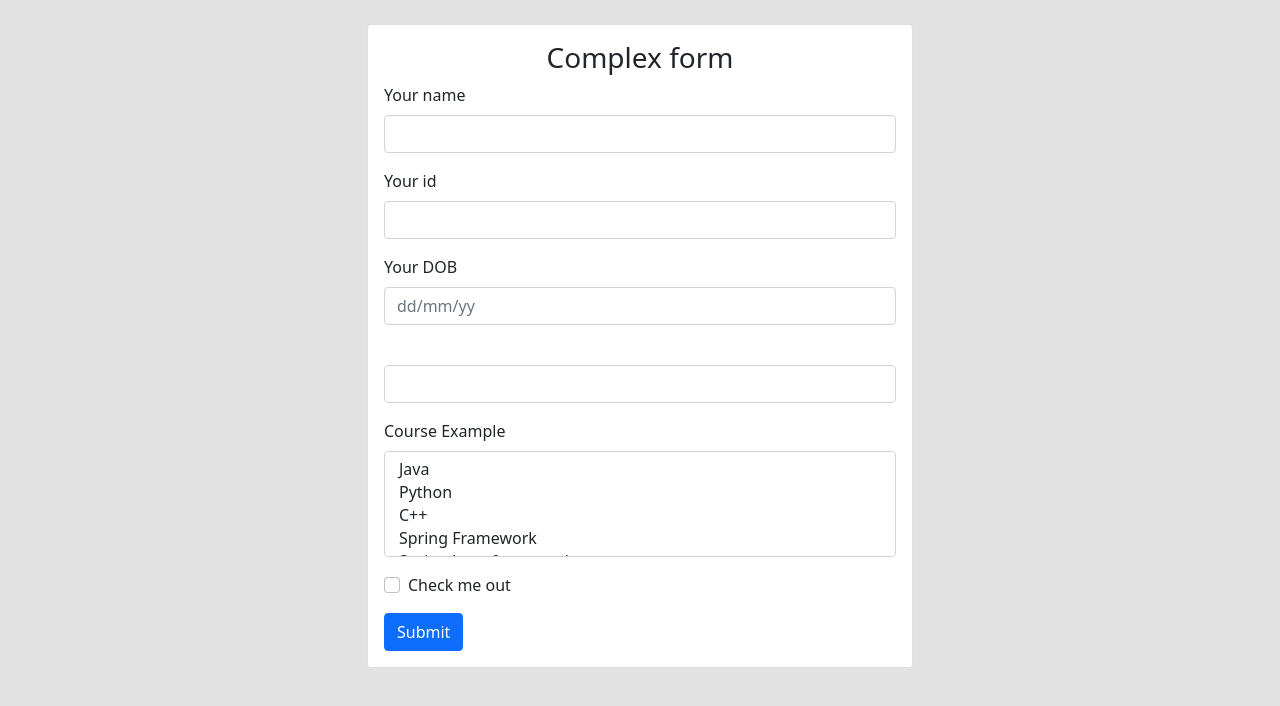
Repository: himanshurai26/Spring-Framewrok-code-
Page: http://localhost/SpringMvcSearch/WEB-INF/views/complex-form.jsp
The author's editor kept a copy of each file at every save. The page is drawn from the files as they stood at one save, then again after the next save.
The browser window is 1280 px wide. The pictures show the whole page.
The page is served by Tomcat 9. Nobody is signed in. The template is opened directly, without the code that normally fills it, so the values that code supplies are empty.

Above is the page before, as saved 2023-07-28 16:42:37.

After the next save:
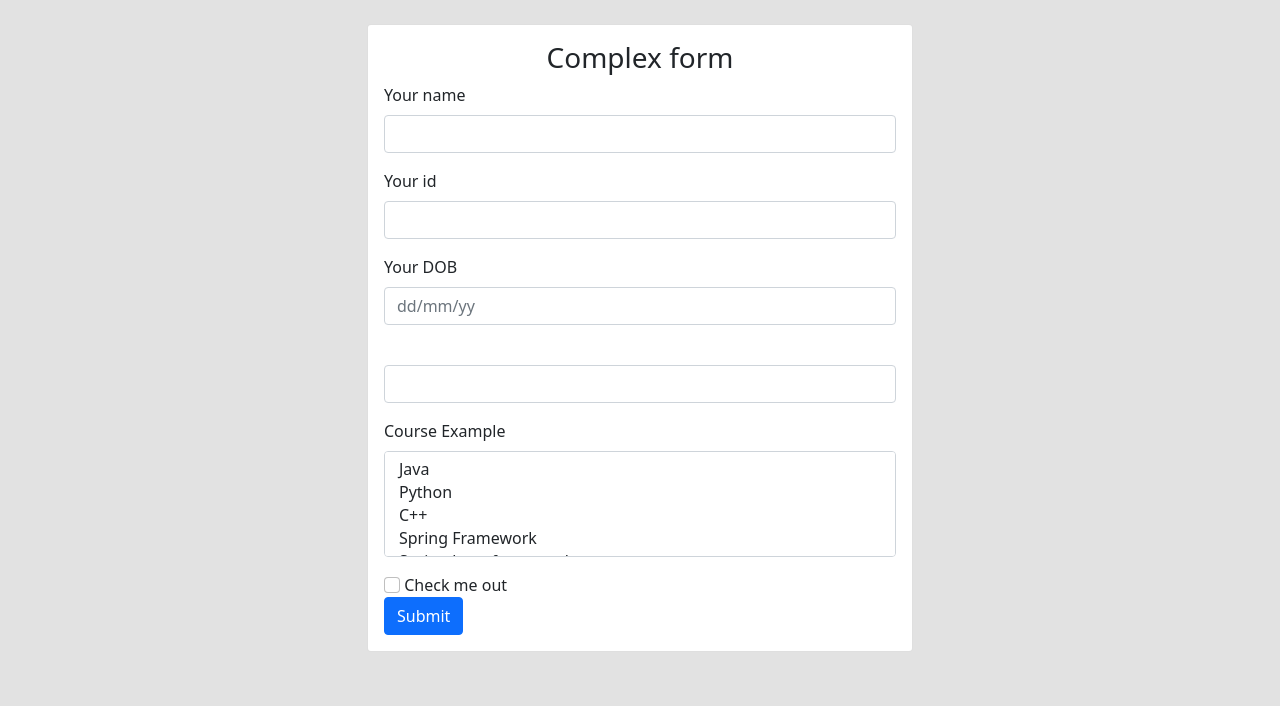
Saved 65 s later.
--- a/SpringMVC/SpringMvcSearch/src/main/webapp/WEB-INF/views/complex-form.jsp
+++ b/SpringMVC/SpringMvcSearch/src/main/webapp/WEB-INF/views/complex-form.jsp
@@ -55,6 +55,10 @@
  </select>
     </div>
 
+    <div class="form-group>
+
+    </div>
+
   <div class="mb-3 form-check">
     <input type="checkbox" class="form-check-input" id="exampleCheck1">
     <label class="form-check-label" for="exampleCheck1">Check me out</label>

After the save that followed:
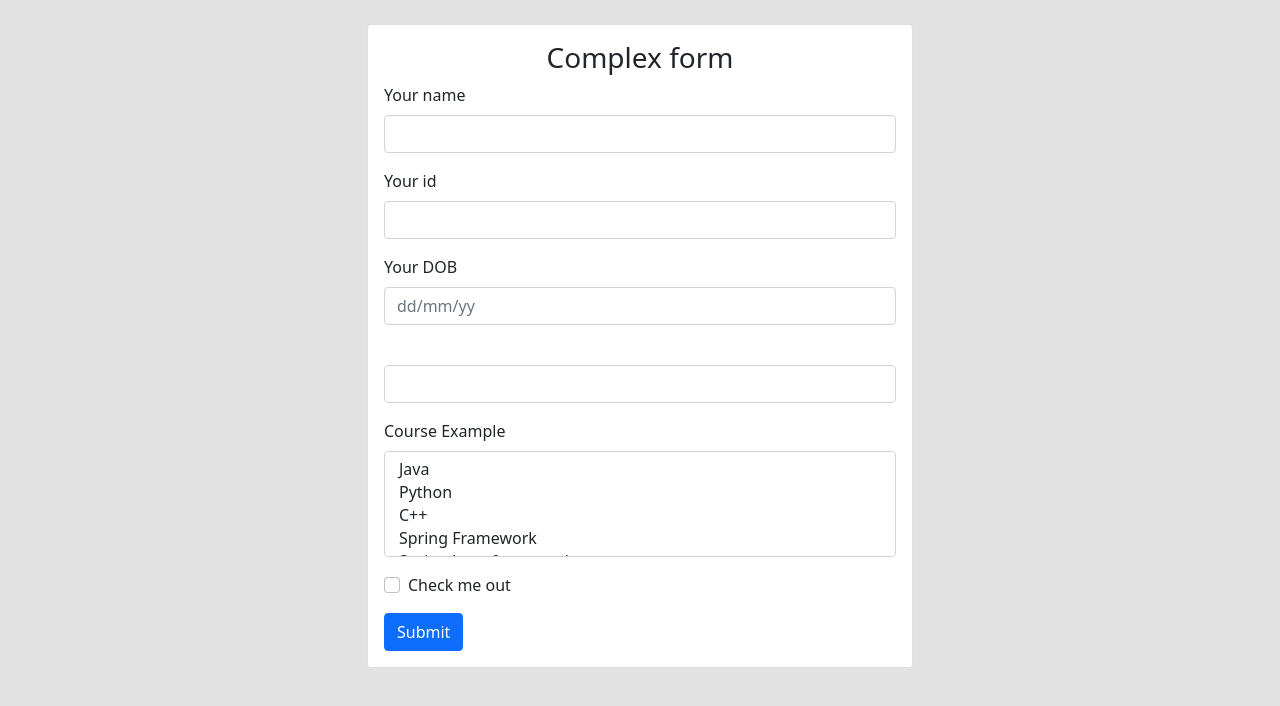
Saved 6 s later.
--- a/SpringMVC/SpringMvcSearch/src/main/webapp/WEB-INF/views/complex-form.jsp
+++ b/SpringMVC/SpringMvcSearch/src/main/webapp/WEB-INF/views/complex-form.jsp
@@ -55,7 +55,7 @@
  </select>
     </div>
 
-    <div class="form-group>
+    <div class="form-group">
 
     </div>
 
